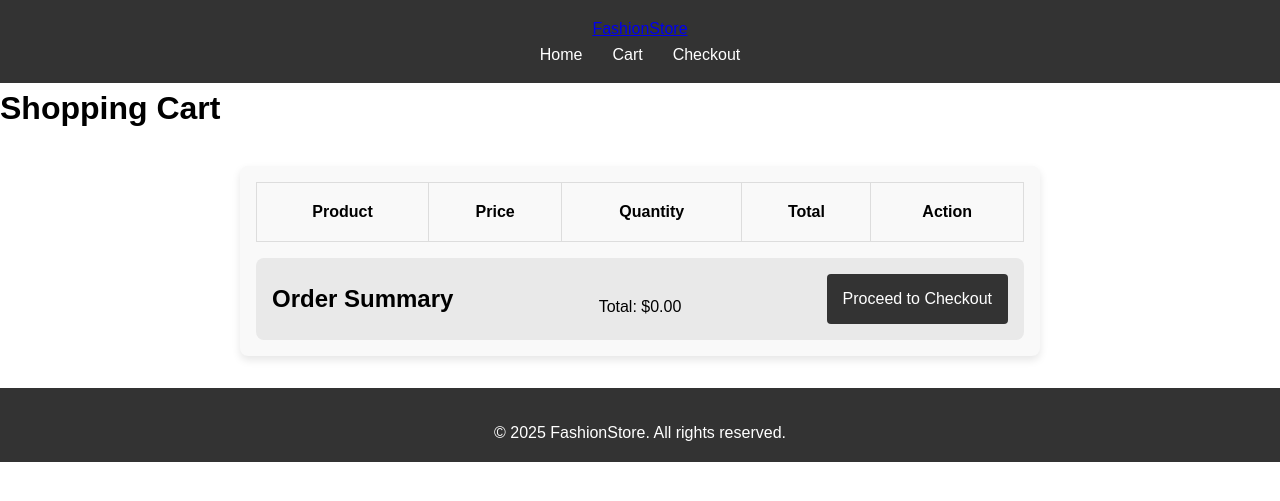
Repository: Patience225/ecommerce-app
Page: cart.html
An editor plug-in stored every save of this project. The page is shown before and after the next save, followed by the edit.
The browser window is 1280 px wide. The pictures show the whole page.

Above is the page before, as saved 2025-01-30 10:49:47.
Console error: TypeError: Cannot set properties of null (setting 'innerHTML')

After the next save:
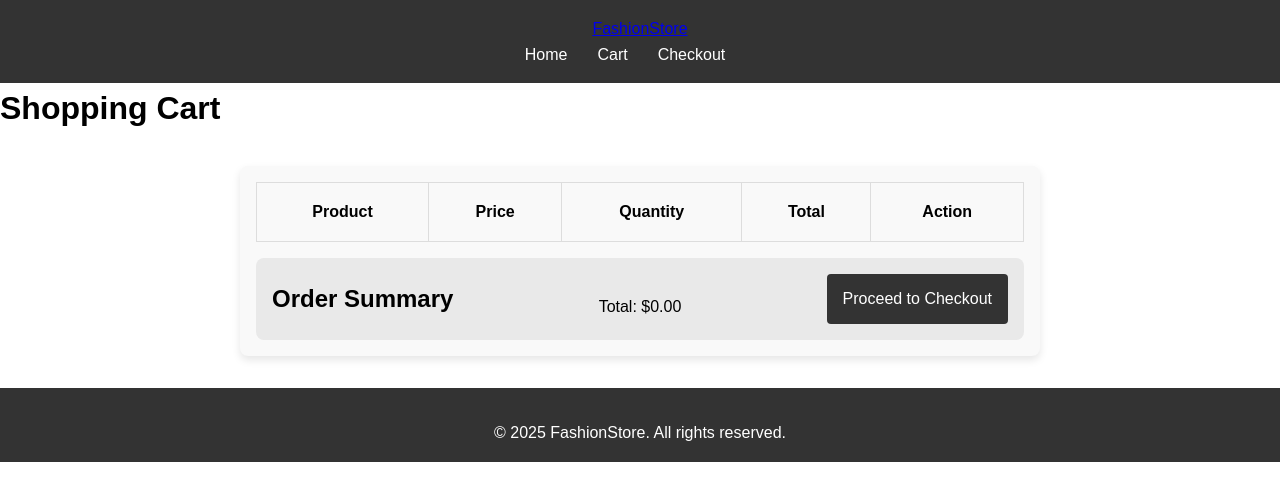
Saved 4 s later.
--- a/cart.html
+++ b/cart.html
@@ -14,7 +14,7 @@
         <li><a href="index.html">Home</a></li>
         <li><a href="cart.html" class="active">Cart</a></li>
         <li><a href="checkout.html">Checkout</a></li>
-
+        <li id="user-profile"></li> <!-- Dynamic Profile Link -->
       </ul>
     </nav>
   </header>
